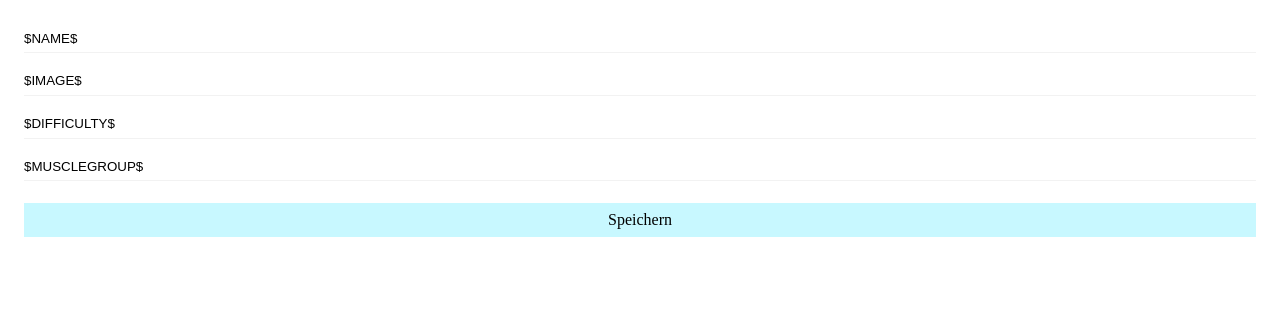
Repository: KIThubber/Fitnesstagebuch
Page: Frontend/src/page-workoutexercises/page-workoutexercises.html
These files come from the project's save history. The page is drawn as it stood at one moment and after the next save; the edit follows.
The browser window is 1280 px wide. The pictures show the whole page.

Above is the page before, as saved 2022-05-08 18:04:35.

### Frontend/src/page-workoutexercises/page-workoutexercises.html
<!-- Stylesheet der Seite -->
<style>
    /* FORMULARFELDER */
    main {
        background-color: white;
        padding: 1em;
    }

    main .form > * {
        /* display: block; */
        width: 100%;

        border: 0px solid #F2F2F2;
        border-bottom-width: 1px;

        padding: 0.5em 0 0.5em 0;
        margin-bottom: 1em;
    }

    /* AKTIONSBUTTONS */
    main .actions {
        display: flex;
        justify-content: space-between;
    }

    main .actions > div {
        padding: 0.5em;
        margin: 0.5em;
        background-color: #C8F8FF;
        flex: 1;
        text-align: center;
    }

    main .actions > div:first-child {
        margin-left: 0;
    }

    main .actions > div:last-child {
        margin-right: 0;
    }

    main .actions > div:hover {
        background-color: #f0f0f0;
        cursor: pointer;
    }
</style>

<!-- Inhalt der Seite -->
<main>
</ol>


    <div>
        <div class="form">
            <input class="name" placeholder="name" value="$NAME$" />
            <input class="image" placeholder="image" value="$IMAGE$" />
            <input class="difficulty" placeholder="difficulty" value="$DIFFICULTY$" />
            <input class="muscleGroup" placeholder="muscleGroup" value="$MUSCLEGROUP$" />

        </div>
        <div class="actions">
            <div class="action save">
                <a>Speichern</a>
            </div>
        </div>
    </div>
</ol>
</main>

After the next save:
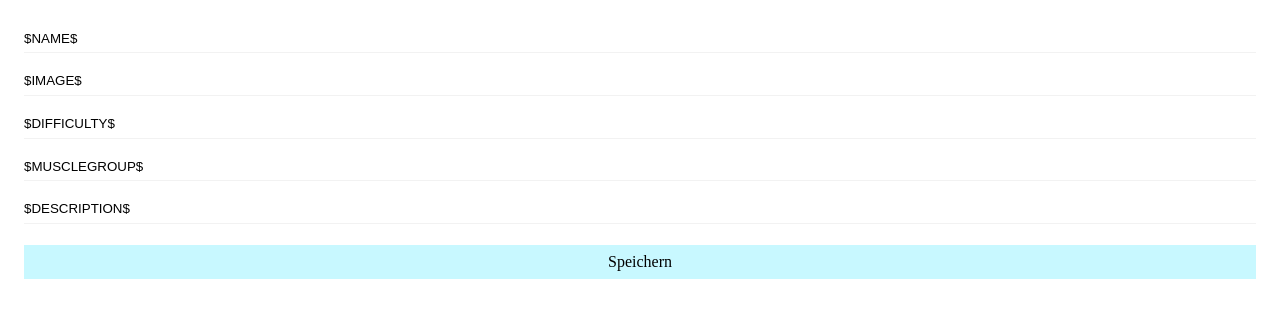
Saved 17 s later.
--- a/Frontend/src/page-workoutexercises/page-workoutexercises.html
+++ b/Frontend/src/page-workoutexercises/page-workoutexercises.html
@@ -56,7 +56,7 @@
             <input class="image" placeholder="image" value="$IMAGE$" />
             <input class="difficulty" placeholder="difficulty" value="$DIFFICULTY$" />
             <input class="muscleGroup" placeholder="muscleGroup" value="$MUSCLEGROUP$" />
-
+            <input class="description" placeholder="description" value="$DESCRIPTION$" />
         </div>
         <div class="actions">
             <div class="action save">
